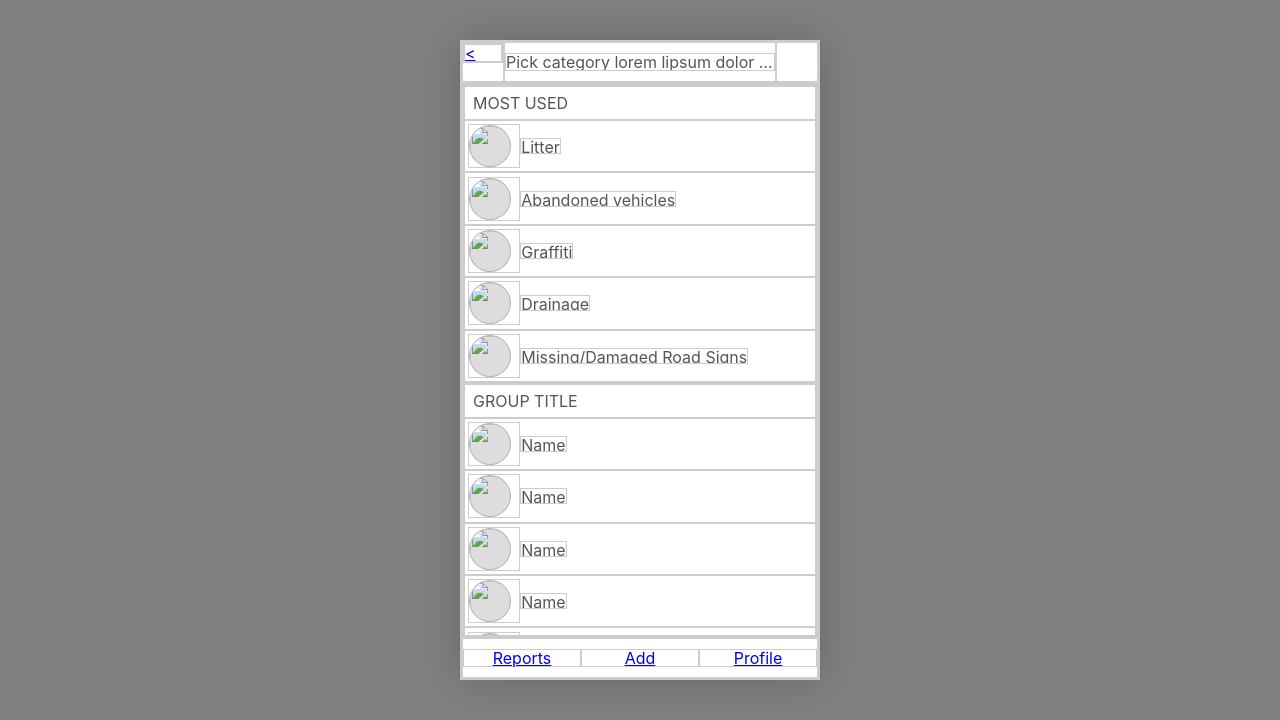
Repository: aleksandrenko/html-css-playground
Page: add report.html
An editor plug-in stored every save of this project. The page is shown before and after the next save, followed by the edit.
The browser window is 1280 px wide. The pictures show the whole page.

Above is the page before, as saved 2018-01-19 14:52:12.

After the next save:
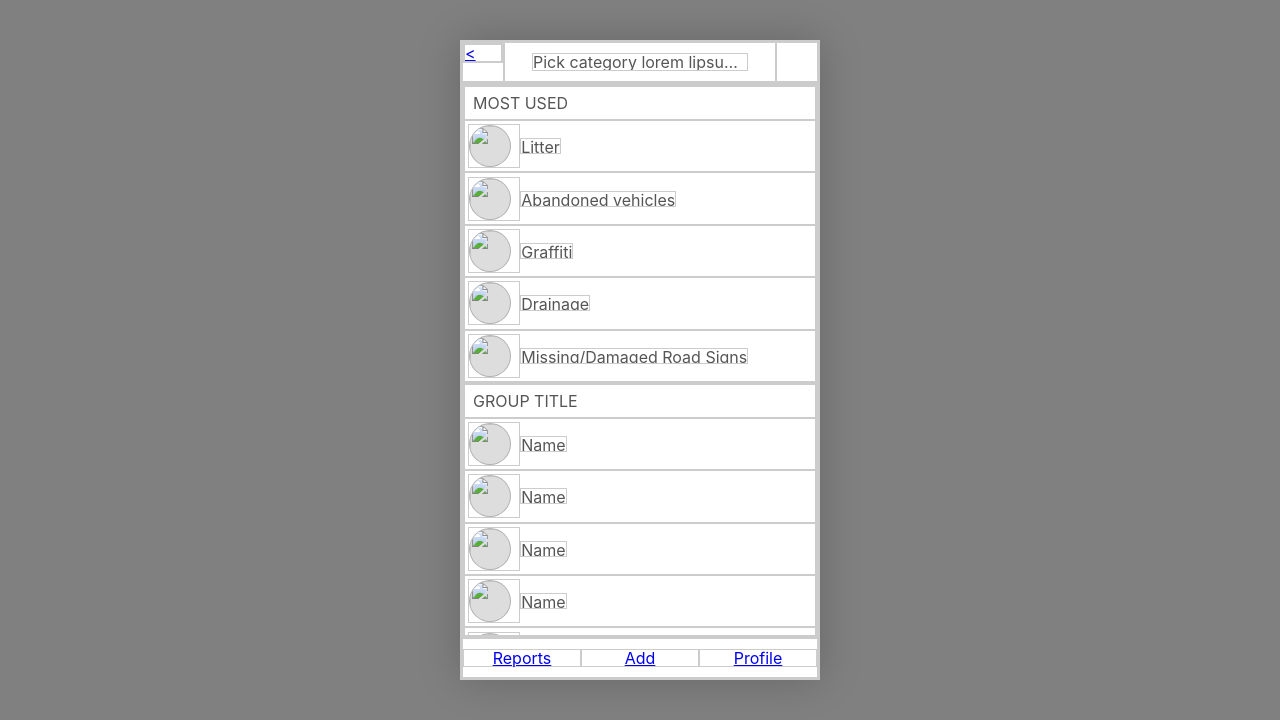
Saved 10 s later.
--- a/css/layout.css
+++ b/css/layout.css
@@ -32,7 +32,7 @@ app header middle {
 app header middle page-name {
   text-align: center;
   white-space: nowrap;
-  max-width: 100%;
+  max-width: 80%;
   text-overflow: ellipsis;
   overflow: hidden;
 }
